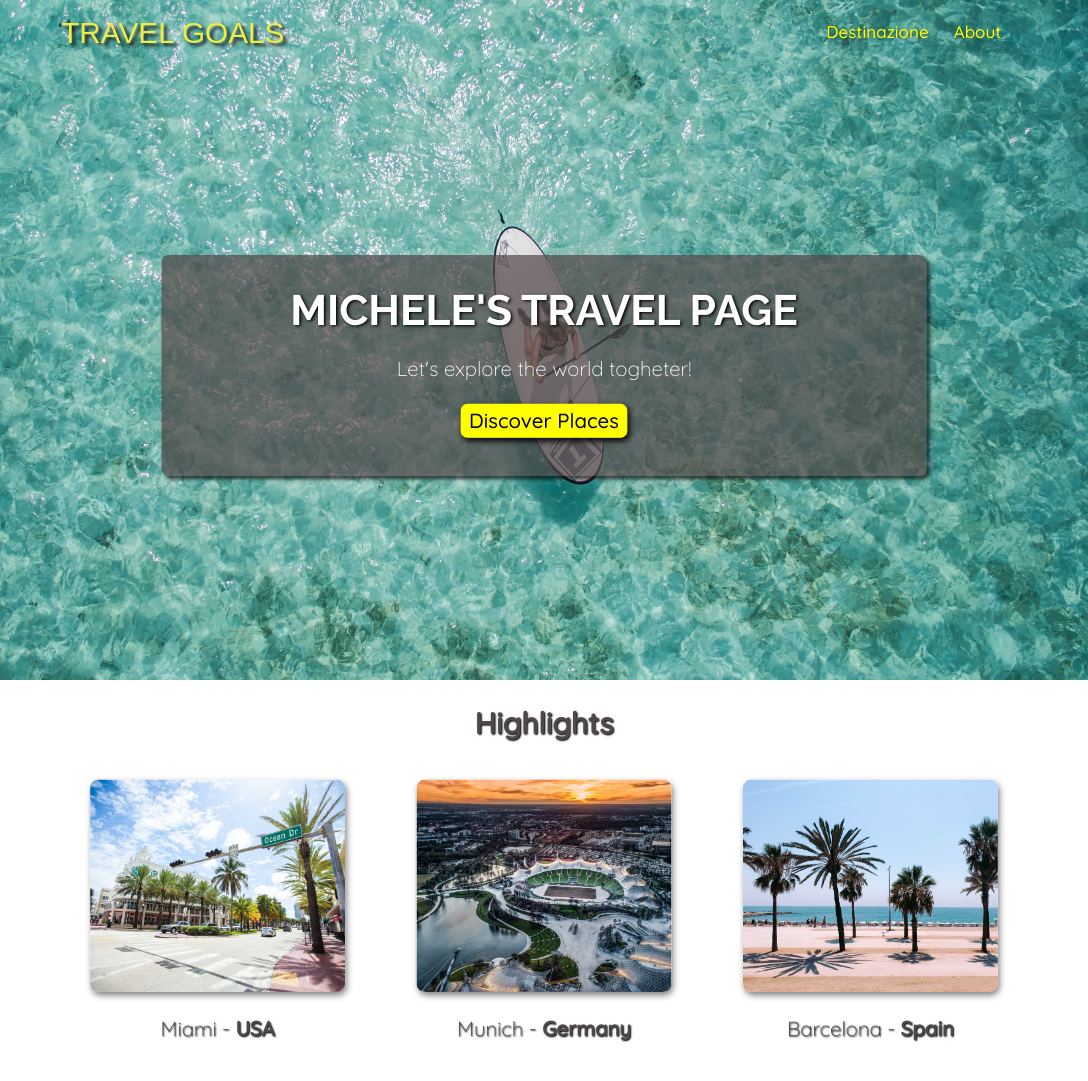
Repository: MicTomm/Travel-Goals
Page: index.html
The author's editor kept a copy of each file at every save. The page is drawn from the files as they stood at one save, then again after the next save.
The browser window is 1280 px wide. The pictures show the whole page, at 85% of full size.
Some web fonts or font styles are not loaded; a fallback is used.

Above is the page before, as saved 2023-06-05 18:28:43.

### index.html
<!DOCTYPE html>
<html lang="it">

<head>
    <meta charset="UTF-8">
    <title>Travel Goals</title>
    <link rel="stylesheet"
        href="https://fonts.googleapis.com/css2?family=Raleway:wght@700&family=Oleo+Script:wght@700&family=Quicksand:wght@300;500&display=swap">
    <link href="styles/shared.css" rel="stylesheet">
    <link href="styles/main-page-style.css" rel="stylesheet">
</head>

<body>
    <header>
        <div id="logo">
            <a href="/index.html">Travel Goals</a>
        </div>
        <nav>
            <ul>
                <li><a href="/places.html">Destinazione</a></li>
                <li><a href="">About</a></li>
            </ul>
        </nav>
    </header>
    <main>
        <section id="hero-image-section">
            <div id="div-section1">
                <h1>Michele's Travel Page</h1>
                <p>Let's explore the world togheter!</p>
                <a href="/places.html">Discover Places</a>
            </div>
        </section>
        <section id="highlights">
            <h2>Highlights</h2>
            <ul id="destinations">
                <li>
                    <div class="destination">
                        <img src="images/places/miami.jpg" alt="Miami">
                        <p>Miami - <strong>USA</strong></p>
                    </div>
                </li>
                <li>
                    <div class="destination">
                        <img src="/images/places/munich.jpg" alt="Munich">
                        <p>Munich - <strong>Germany</strong></p>
                    </div>
                </li>
                <li>
                    <div class="destination">
                        <img src="/images/places/barcelona.jpg" alt="Barcelona">
                        <p>Barcelona - <strong>Spain</strong></p>
                    </div>
                </li>
            </ul>
        </section>
    </main>
    <footer></footer>
</body>

</html>

### styles/shared.css
body {
    margin: 0px;
    font-family: 'Quicksand', sans-serif;
}

ul {
    list-style: none;
    padding: 0px;
    margin: 0px;
}

header {
    display: flex;
    justify-content: space-between;
    align-items: center;
    padding: 15px 60px;
    position: absolute;
    width: 100%;
    top: 0;
    left: 0;
    box-sizing: border-box;
}

header ul {
    margin: 10px;
    display: flex;
    justify-content: space-between;
    width: 250px;
}

header li {
    width: 100px;
}

header a {
    color: yellow;
    text-decoration: none;
    font-size: 20px;
    padding: 12px;
    text-shadow: 1px 1px 4px rgba(0, 0, 0, 0.5);
}

header a:hover {
    background-color: yellow;
    box-shadow: 2px 2px 4px rgba(0, 0, 0, 0.5);
    color: rgb(67, 60, 60);
    text-shadow: 1px 1px 2px rgb(0, 0, 0, 0.5);
    border-radius: 8px;
}

#logo a {
    font-family: 'Oleo script', sans-serif;
    font-size: 35px;
    text-decoration: none;
    color: rgb(237, 237, 70);
    text-shadow: 4px 4px 4px rgb(31, 29, 29);
    text-transform: uppercase;
}

#logo a:hover {
    background-color: transparent;

}

### styles/main-page-style.css
#hero-image-section {
    text-align: center;
    background-image: url("/images/places/ocean.jpg");
    background-position: center;
    background-size: cover;
    height: 800px;
    /* padding-top: 100px; (alternativa per spostare div-section1 più in basso)*/
}

#div-section1 {
    background-color: rgba(82, 70, 70, 0.7);
    box-shadow: 4px 4px 4px rgba(18, 18, 18, 0.7);
    width: 900px;
    margin: 0px auto;
    padding: 35px 0 50px 0;
    border-radius: 8px;
    position: relative;
    top: 300px;
}

#div-section1 h1 {
    font-size: 50px;
    color: white;
    font-family: 'Raleway', sans-serif;
    text-shadow: 2px 2px 4px black;
    text-transform: uppercase;
    margin: 0px;
}

#div-section1 p {
    color: white;
    font-size: 24px;
    font-weight: 300;
    margin-bottom: 32px;
}

#div-section1 a{
 font-size: 24px;
 text-decoration: none;
 color: black;
 border-radius: 8px;
 background-color: yellow;
 padding: 5px 10px;
 box-shadow: 3px 4px 8px black;
}

#div-section1 a:hover{
    background-color: greenyellow;
    text-shadow: 1px 1px 2px rgba(0, 0, 0, 0.5);
}

#highlights{
    text-align: center;
}

#highlights ul{
    display: flex;
    width: 90%;
    margin: auto;
    padding: 15px;
    margin-bottom: 40px;
    justify-content: space-around;

}

#highlights li{
    margin: 0px 20px 50px 20px;
}

#highlights img{

    height: 100%;
    width: 100%;
    box-shadow: 2px 4px 8px rgb(0, 0, 0, 0.5);
    border-radius: 10px;
    object-fit: cover;
}

.destination{
    width: 300px;
    height: 250px;
}

#highlights h2{
    font-size: 35px;
    text-shadow: 1px 1px 2px black;
    color: rgb(79, 72, 72);
}

#highlights p{
    color: rgb(79, 72, 72);
    text-shadow: 1px 1px 2px black;
    font-size: 24px;
    font-weight: 300;
}

After the next save:
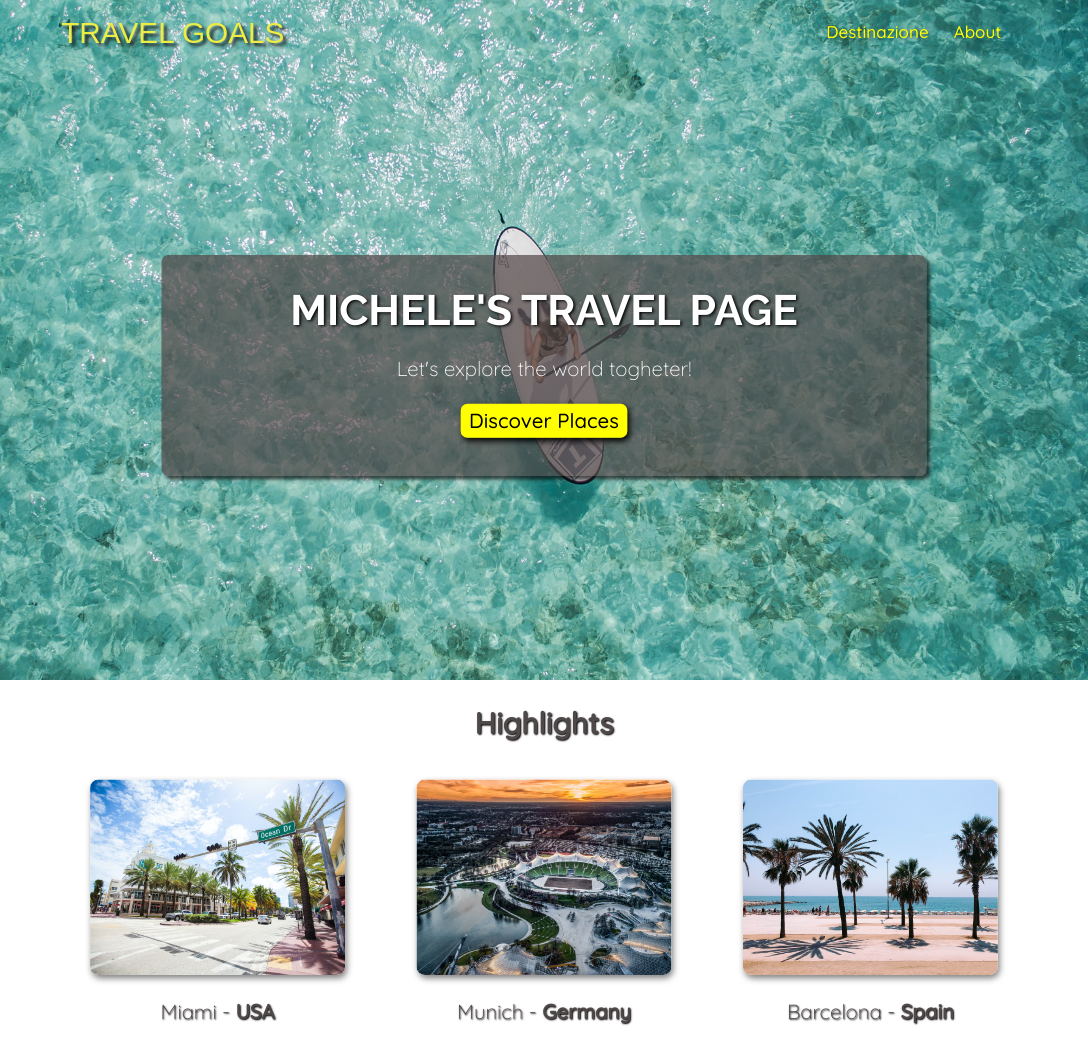
Saved 35 s later.
--- a/styles/main-page-style.css
+++ b/styles/main-page-style.css
@@ -78,7 +78,7 @@
 
 .destination{
     width: 300px;
-    height: 250px;
+    height: 230px;
 }
 
 #highlights h2{
